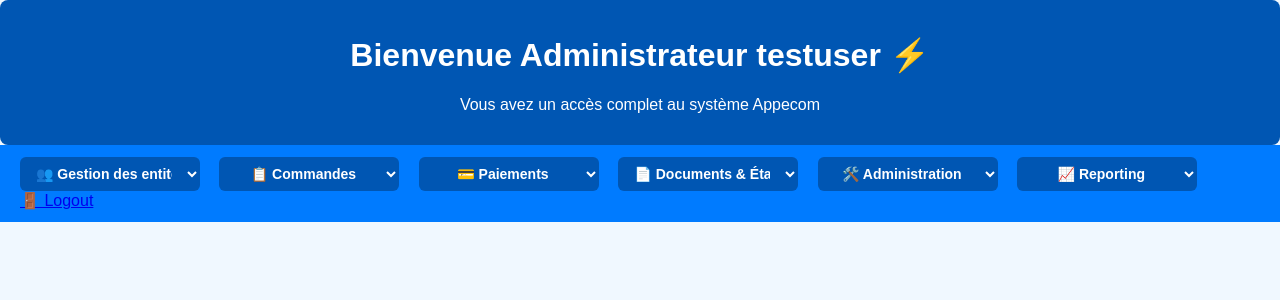
Repository: ROOSVELTTEUBOU/Projet-dev
Page: http://localhost/fonction_interne/dashboard_admin.php
These files come from the project's save history. The page is drawn as it stood at one moment and after the next save; the edit follows.
The browser window is 1280 px wide. The pictures show the whole page.
The page is run by PHP 8.4 with error messages shown; the project is at /var/www/html/. The session is filled in as if someone had signed in: {"id_utilisateur": 1, "user": "testuser"}. Other server files are loaded and not shown.

Above is the page before, as saved 2026-02-20 12:39:14.

### fonction_interne/dashboard_admin.php
<?php
session_start();
if (!isset($_SESSION['id_utilisateur'])) {
    header("Location: login_admin.php");
    exit();
}

// Vérification stricte du rôle
// if ($_SESSION['role'] !== 'Administrateur') {
//     header("Location: login_admin.php");
//     exit();
// }
?>

<!DOCTYPE html>
<html lang="fr">
<head>
  <meta charset="UTF-8">
  <title>Dashboard Administrateur</title>
  <style>
    body {
        font-family: Arial, sans-serif;
        margin:0;
        background:#f0f8ff;
        color:#003366;
    }
    nav {
        background-color: #007bff;
        padding: 12px 20px;
        display: flex;
        justify-content: space-between; /* Gauche = modules, Droite = logout */
        align-items: center;
        flex-wrap: wrap; /* Permet de passer en ligne suivante si écran petit */
    }

    nav select {
        background-color: #0056b3;
        color: #ffffff;
        border: none;
        border-radius: 6px;
        padding: 8px 12px;
        font-weight: 600;
        font-size: 14px;
        cursor: pointer;
        margin-right: 15px;
        width: 180px;
        text-align: center;
    }
    nav select option {
        background-color:rgb(114, 167, 247);   /* Fond blanc pour les options */
        color: #000000;
    }
    header { background:#0056b3; color:#fff; padding:15px; text-align:center; border-radius:8px; }
  </style>
</head>
<body>
  <header>
    <h1>Bienvenue Administrateur <?php echo $_SESSION['user']; ?> ⚡</h1>
    <p>Vous avez un accès complet au système Appecom</p>
  </header>

  <nav>
    <!-- Module 1 : Gestion des entités -->
    <div class="nav-left">
      <select onchange="window.location.href=this.value">
        <option value="">👥 Gestion des entités</option>
        <option value="produits.php">📦 Produits</option>
        <option value="familles.php">🧬 Familles</option>
        <option value="clients.php">🧑‍💼 Clients</option>
        <option value="fournisseurs.php">🏢 Fournisseurs</option>
        <option value="utilisateurs.php">🔐 Utilisateurs</option>
      </select>

      <!-- Module 2 : Gestion des commandes -->
      <select onchange="window.location.href=this.value">
        <option value="">📋 Commandes</option>
        <option value="commande_client.php">🛒 Commande Client</option>
        <option value="commande_fournisseur.php">🚚 Commande Fournisseur</option>
        <option value="approvisionnement.php">🔄 Approvisionnement</option>
      </select>

      <!-- Module 3 : Gestion des paiements -->
      <select onchange="window.location.href=this.value">
        <option value="">💳 Paiements</option>
        <option value="paiement_client.php">👛 Paiement Client</option>
        <option value="paiement_fournisseur.php">💼 Paiement Fournisseur</option>
      </select>

      <!-- Module 4 : Documents et états -->
      <select onchange="window.location.href=this.value">
        <option value="">📄 Documents & États</option>
        <option value="bon_commande.php">📝 Bon de commande</option>
        <option value="bon_livraison.php">📦 Bon de livraison</option>
        <option value="bon_reception.php">📥 Bon de réception</option>
        <option value="facture_client.php">🧾 Facture Client</option>
        <option value="facture_fournisseur.php">📃 Facture Fournisseur</option>
      </select>

      <!-- Module 5 : Administration -->
      <select onchange="window.location.href=this.value">
        <option value="">🛠️ Administration</option>
        <option value="roles.php">🔧 Rôles</option>
        <option value="droits.php">🛡️ Droits</option>
        <option value="logs.php">📚 Journalisation</option>
      </select>

      <!-- Module 7 : Reporting et statistiques -->
      <select onchange="window.location.href=this.value">
        <option value="">📈 Reporting</option>
        <option value="ventes_journalieres.php">📉 Ventes journalières</option>
        <option value="stats_produits.php">📊 Produits les plus vendus</option>
        <option value="stats_clients.php">👥 Clients actifs</option>
      </select>
    </div>
    <div class="nav-right">
        <a href="logout.php" class="logout-btn">🚪 Logout</a>
    </div>
</body>
</html>

After the next save:
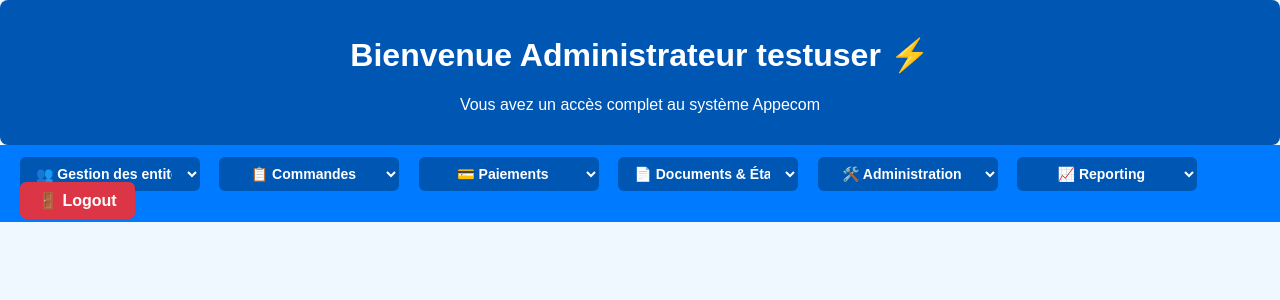
Saved 2 min 40 s later.
--- a/fonction_interne/dashboard_admin.php
+++ b/fonction_interne/dashboard_admin.php
@@ -50,7 +50,27 @@ if (!isset($_SESSION['id_utilisateur'])) {
         background-color:rgb(114, 167, 247);   /* Fond blanc pour les options */
         color: #000000;
     }
-    header { background:#0056b3; color:#fff; padding:15px; text-align:center; border-radius:8px; }
+    .logout-btn {
+        background-color: #dc3545;
+        color: #ffffff;
+        padding: 10px 18px;
+        border-radius: 6px;
+        text-decoration: none;
+        font-weight: 600;
+        transition: all 0.3s ease;
+    }
+
+    .logout-btn:hover {
+        background-color: #c82333;
+        transform: scale(1.05);
+    }
+    header {
+      background:#0056b3;
+      color:#fff;
+      padding:15px;
+      text-align:center;
+      border-radius:8px;
+    }
   </style>
 </head>
 <body>
